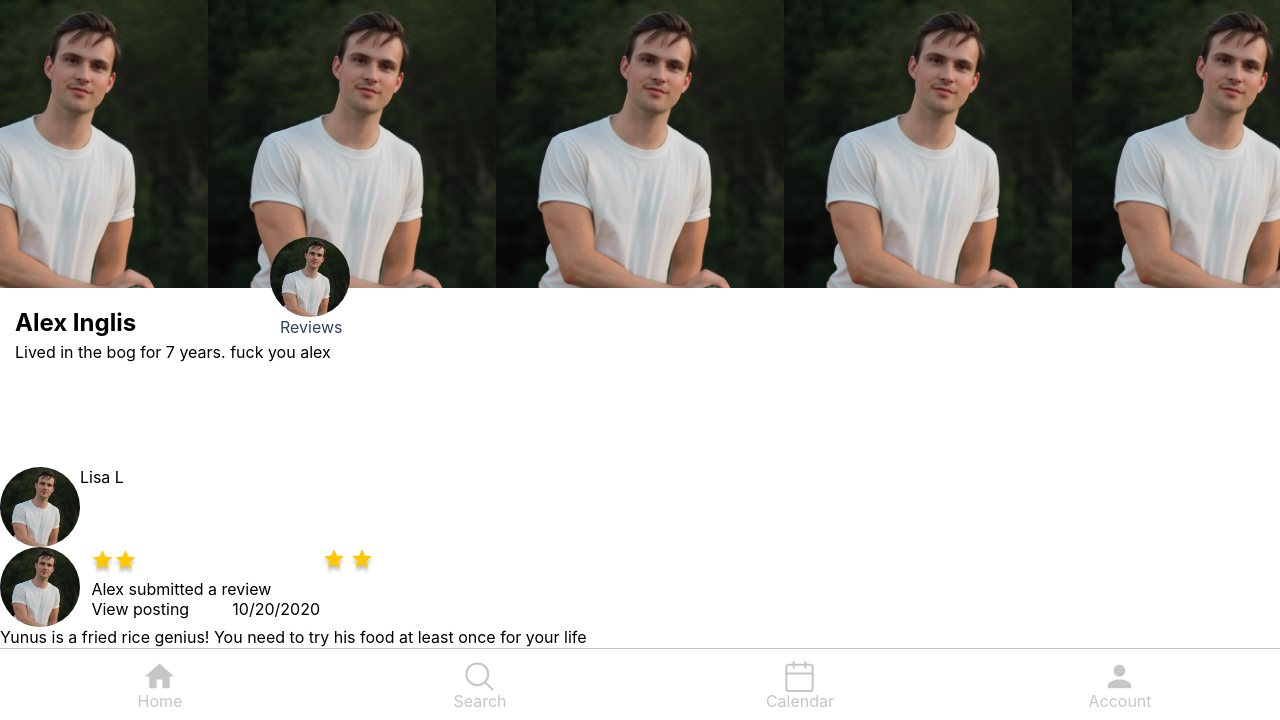
Repository: nguyenlejoe/HomeChef
Page: /ChefReview (app in app/)
An editor plug-in stored every save of this project. The page is shown before and after the next save, followed by the edit.
The browser window is 1280 px wide. The pictures show the whole page.
The project was rebuilt for these pictures with package versions that can differ from the ones it lists, and the page was loaded fresh each time. Also part of the build but not shown: app/src/comps/MainButton/index.js.

Above is the page before, as saved 2020-11-07 12:16:43.

After the next save:
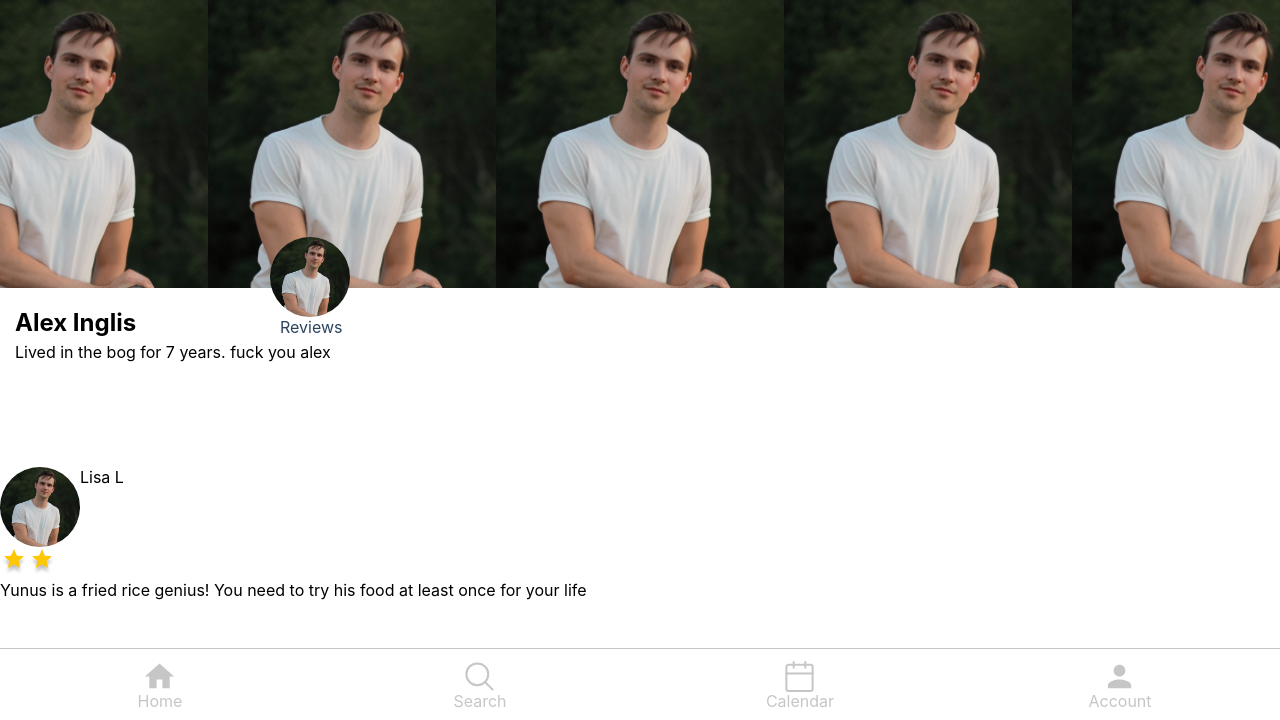
Saved 13 s later.
--- a/app/src/pages/ChefReview.js
+++ b/app/src/pages/ChefReview.js
@@ -20,7 +20,6 @@ export default function Home() {
             <div className="ReviewCont">
                 <div className="ReviewProfile"><Avatar></Avatar><div>Lisa L</div></div>
                 <div className="rating">
-                    <RatingContainer></RatingContainer>
                     <div className="stars"><img src='/star.png' /></div>
                     <div className="stars"><img src='/star.png' /></div>
 
